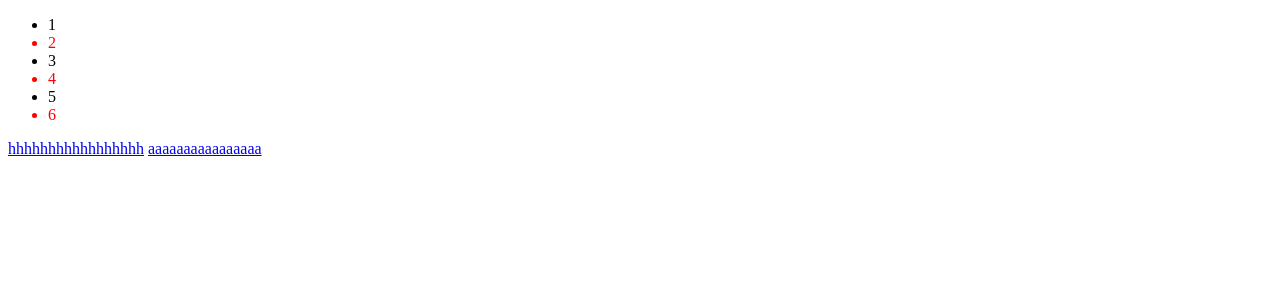
Repository: Richard-liyebin/study_note
Page: 1.html
These files come from the project's save history. The page is drawn as it stood at one moment and after a run of saves; the edit follows.
The browser window is 1280 px wide. The pictures show the whole page.

Above is the page before, as saved 2020-08-19 12:55:04.

After the next 2 saves:
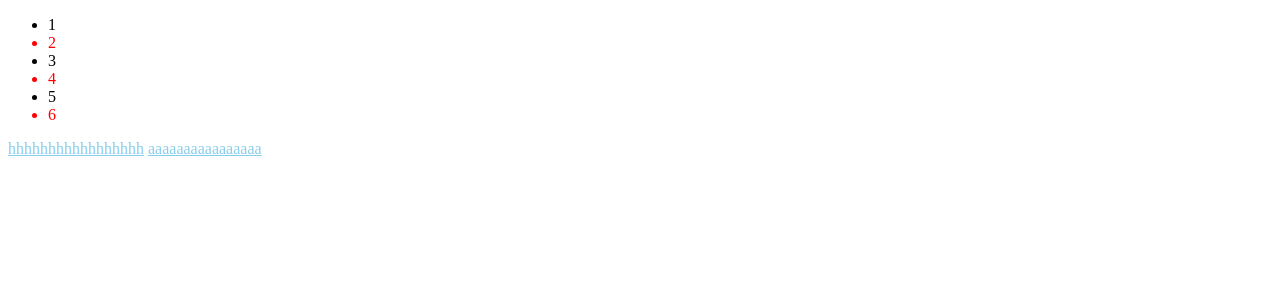
The 2 saves are shown as one change because they came seconds apart.
The last was saved 38 s later.
--- a/1.html
+++ b/1.html
@@ -8,6 +8,12 @@
 <style>
     ul>li:nth-last-child(odd){
         color:red
+    }
+    a:link{
+        color:skyblue
+    }
+    a:visited{
+        color:plum;
     }
 </style>
 <body>
